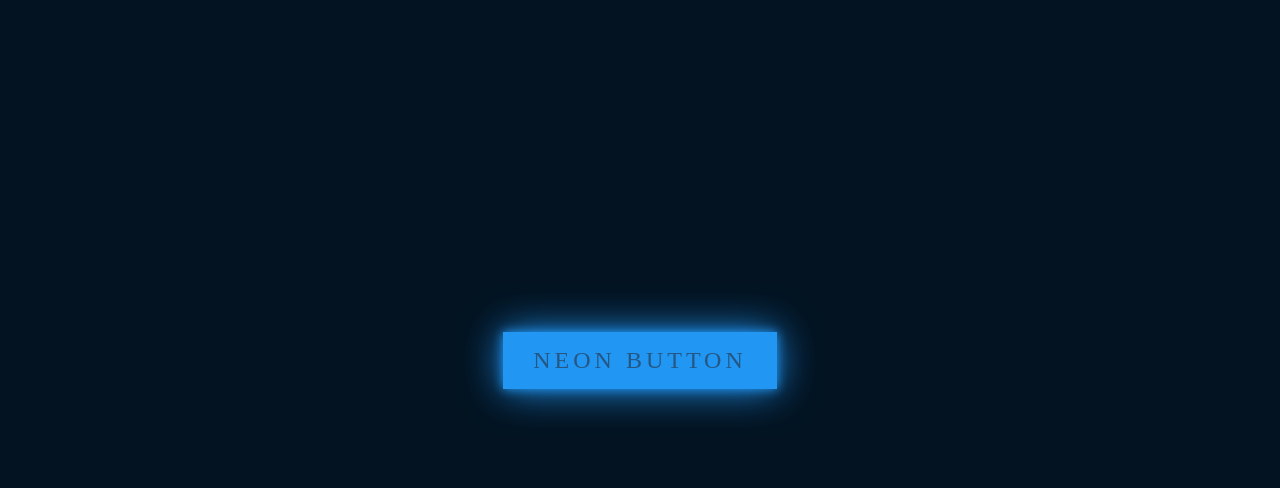
Repository: kiranjeetkaur01/csseffectneonbutton.github.io
Page: index.html
The author's editor kept a copy of each file at every save. The page is drawn from the files as they stood at one save, then again after a run of saves.
The browser window is 1280 px wide. The pictures show the whole page.
The pointer rests on the first visible `a`.

Above is the page before, as saved 2023-09-09 21:38:48.

### index.html
<!DOCTYPE html>
<html lang="en">
<head>
    <meta charset="UTF-8">
    <meta name="viewport" content="width=device-width, initial-scale=1.0">
    <title>Neon Button</title>
    <link rel="stylesheet" href="style.css">
</head>
<body>
    <a href="#">
        <span></span>
        <span></span>
        <span></span>
        <span></span>
        Neon Button
    </a>
</body>
</html>

### style.css
*{
    margin: 0;
    padding: 0;
    box-sizing: border-box;
}
body,html{
    display: flex;
    justify-content: center;
    align-items: center;
    min-height: 100vh;
    background: #031321;
    font-family: gilroy ;

}
a{
    position: relative;
    display: inline-block;
    padding: 15px 30px;
    color: #2196f3;
    text-transform: uppercase;
    letter-spacing: 4px;
    text-decoration: none;
    font-size: 24px;
    overflow: hidden;
    transition: 0.2s;
}
a:hover{
    color:#255784;
    background: #2196f3;
    box-shadow: 0 0 10px #2196f3,0 0 40px #2196f3, 0 0px #2196f3;
}

After the next 2 saves:
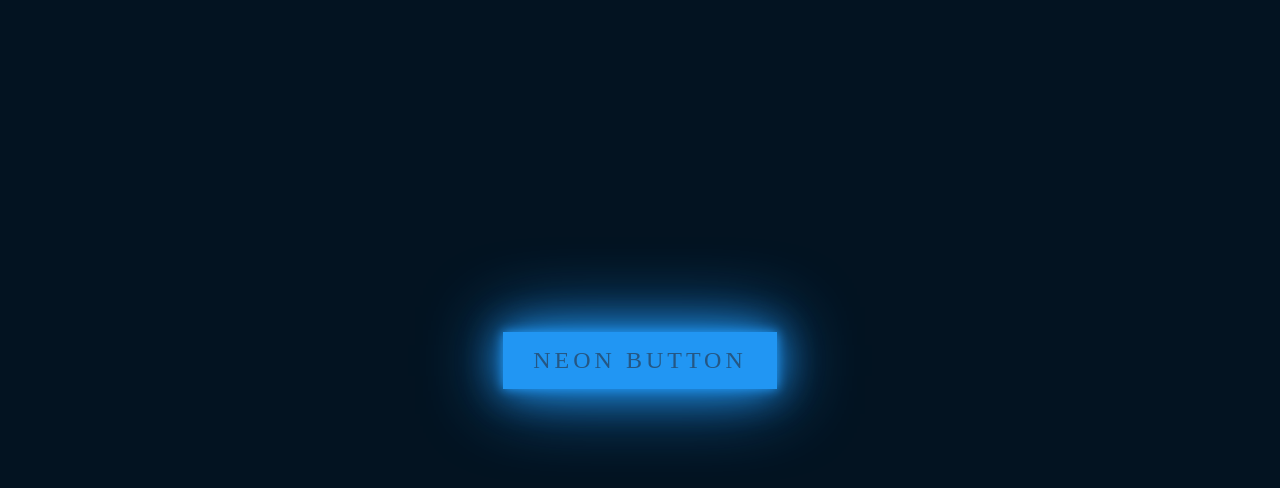
The 2 saves are shown as one change because they came seconds apart.
The last was saved 5 s later.
--- a/style.css
+++ b/style.css
@@ -27,5 +27,5 @@ a{
 a:hover{
     color:#255784;
     background: #2196f3;
-    box-shadow: 0 0 10px #2196f3,0 0 40px #2196f3, 0 0px #2196f3;
+    box-shadow: 0 0 10px #2196f3,0 0 40px #2196f3, 0 0 80px #2196f3;
 }
